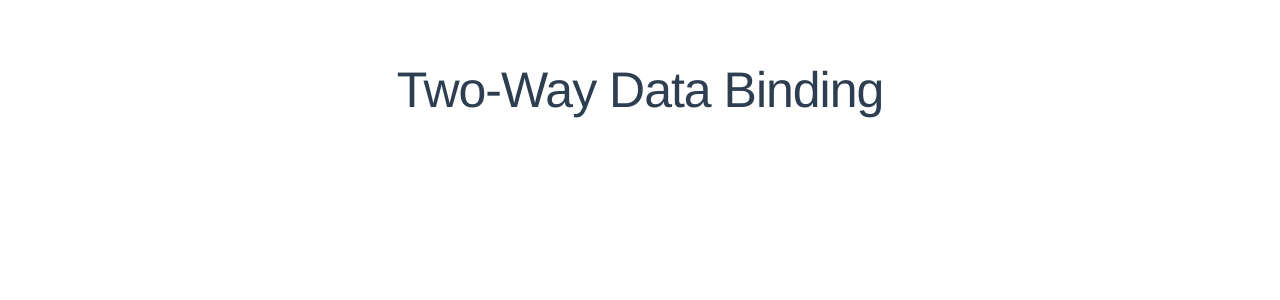
Repository: chsvk/Vue-JS-Course
Page: /person
The author's editor kept a copy of each file at every save. The page is drawn from the files as they stood at one save, then again after the next save.
The browser window is 1280 px wide. The pictures show the whole page.
The project was rebuilt for these pictures with package versions that can differ from the ones it lists, and the page was loaded fresh each time. Also part of the build but not shown: src/components/HelloWorld.vue.

Above is the page before, as saved 2019-03-11 21:20:03.

After the next save:
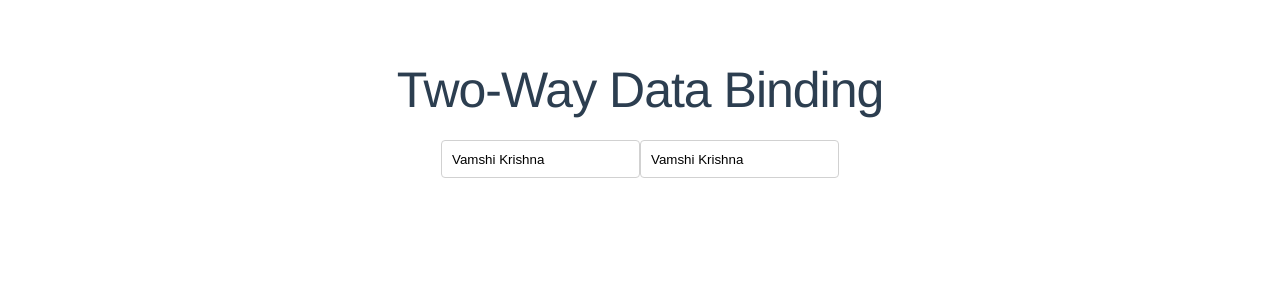
Saved 2 min 30 s later.
--- a/src/App.vue
+++ b/src/App.vue
@@ -1,6 +1,8 @@
 <template>
   <div id="app">
     <h1>Two-Way Data Binding</h1>
+    <input type="text" placeholder="Enter V-Bind name" v-bind:value="name">
+    <input type="text" placeholder="Enter V-Model Name" v-model="name">
   </div>
 </template>
 
@@ -9,7 +11,11 @@
 
 export default {
   name: 'app',
-
+  data(){
+    return{
+      name: 'Vamshi Krishna'
+    }
+  }
 }
 </script>
 
